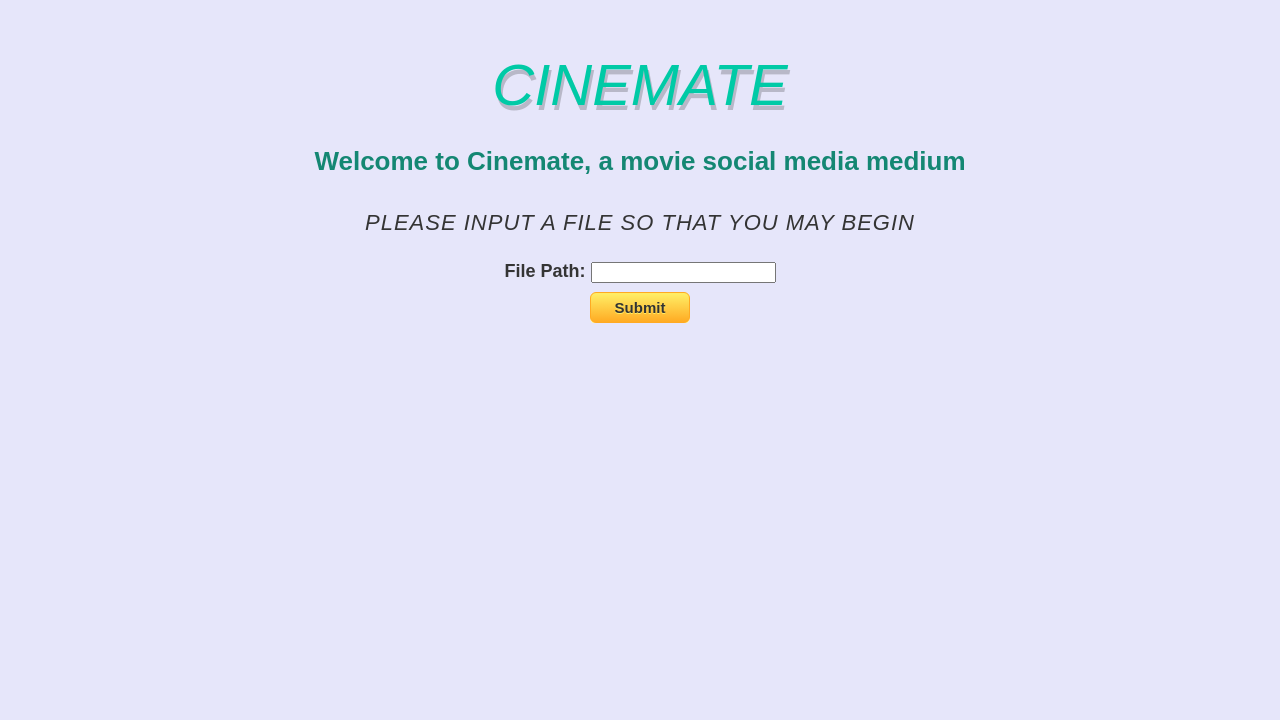
Repository: ir1998/cs201
Page: http://localhost/Assignment2/entry_kaimakis.jsp
These files come from the project's save history. The page is drawn as it stood at one moment and after the next save; the edit follows.
The browser window is 1280 px wide. The pictures show the whole page.
The page is served by Tomcat 9. Other server files are loaded and not shown.

Above is the page before, as saved 2017-02-11 04:11:18.

### Assignment2/WebContent/entry_kaimakis.jsp
<%@ page language="java" contentType="text/html; charset=UTF-8"
    pageEncoding="UTF-8"%>
<!DOCTYPE html PUBLIC "-//W3C//DTD HTML 4.01 Transitional//EN" "http://www.w3.org/TR/html4/loose.dtd">
<html>
<head>
<link rel="stylesheet" href="main.css">
</head>
<body bgcolor="#E6E6FA">
<h1 id="Title1" >Cinemate</h1>
<h2 id="Title2" >Welcome to Cinemate, a movie social media medium</h2>
<%
	if(request.getAttribute("error") == null){
%>
	<h2 id = "Title3">Please input a file so that you may begin</h2>
	<form id="form1" method="GET" action="FirstServlet">
		<h2 id="Title4">File Path: <input type="text" name="file"></h2>
		<div id="ButtonHolder">
			<input id="MyButton" type="submit" value="Submit" name="Submit">
		</div>
	</form>
<%} else{%>
	<h2 id="Title3">Error: <%out.print(request.getAttribute("error")); %></h2>
	<h2 id="Title4" >Please confirm and retry</h2>
	<% request.setAttribute("error", null); %>
	<form id="form" method="GET" action="GetFile.jsp">
		<div id="ButtonHolder">
			<input id="MyButton" type="submit" value="Confirm" name="Submit">
		</div>
	</form>

<%}%>
</body>
</html>

### Assignment2/WebContent/main.css
@CHARSET "UTF-8";
html, body {
  margin: 0;
  padding: 0;
  overflow: hidden;
  font-family: HelveticaNeue, Helvetica, Arial, sans-serif;
  font-size: 13px;
  -webkit-font-smoothing:antialiased;
  text-rendering:optimizeLegibility;
  box-sizing: border-box;
}

#Title1 {
	margin: 1em 0 0.5em 0;
	font-weight: 100;
	text-transform: uppercase;
	color: #00caa6;
	font-style: italic;
	font-family: 'Josefin Sans', sans-serif;
	font-size: 58px;
	line-height: 54px;
	text-shadow: 2px 5px 0 rgba(0,0,0,0.2);
	text-align:center;
}

#Title2 {
	margin: 1em 0 0.5em 0;
	color: #148773;
	font-size: 26px;
	line-height: 40px;
	font-weight: bold;
	font-family: 'Josefin Sans', sans-serif;
	text-align:center;
}

#Title3 {
	margin: 1em 0 0.5em 0;
	color: #343434;
	font-size: 22px;
	line-height: 40px;
	font-weight: 100;
	text-transform: uppercase;
	font-family: 'Josefin Sans', sans-serif;
	letter-spacing: 1px;
	font-style: italic;
	text-align:center;
}

#Title4 {
	margin: 1em 0 0.5em 0;
	color: #343434;
	font-size: 18px;
	line-height: 20px;
	font-weight: bold;
	font-family: 'Josefin Sans', sans-serif;
	text-align:center;
}

#InfoBox{
	border-style: outset;
}



#MyButton {
	-moz-box-shadow: 0px 1px 0px 0px #fff6af;
	-webkit-box-shadow: 0px 1px 0px 0px #fff6af;
	box-shadow: 0px 1px 0px 0px #fff6af;
	background:-webkit-gradient(linear, left top, left bottom, color-stop(0.05, #ffec64), color-stop(1, #ffab23));
	background:-moz-linear-gradient(top, #ffec64 5%, #ffab23 100%);
	background:-webkit-linear-gradient(top, #ffec64 5%, #ffab23 100%);
	background:-o-linear-gradient(top, #ffec64 5%, #ffab23 100%);
	background:-ms-linear-gradient(top, #ffec64 5%, #ffab23 100%);
	background:linear-gradient(to bottom, #ffec64 5%, #ffab23 100%);
	filter:progid:DXImageTransform.Microsoft.gradient(startColorstr='#ffec64', endColorstr='#ffab23',GradientType=0);
	background-color:#ffec64;
	-moz-border-radius:6px;
	-webkit-border-radius:6px;
	border-radius:6px;
	border:1px solid #ffaa22;
	display:inline-block;
	cursor:pointer;
	color:#333333;
	font-family:Arial;
	font-size:15px;
	font-weight:bold;
	padding:6px 24px;
	text-decoration:none;
	text-shadow:0px 1px 0px #ffee66;
	text-align:center;
}
#MyButton:hover {
	background:-webkit-gradient(linear, left top, left bottom, color-stop(0.05, #ffab23), color-stop(1, #ffec64));
	background:-moz-linear-gradient(top, #ffab23 5%, #ffec64 100%);
	background:-webkit-linear-gradient(top, #ffab23 5%, #ffec64 100%);
	background:-o-linear-gradient(top, #ffab23 5%, #ffec64 100%);
	background:-ms-linear-gradient(top, #ffab23 5%, #ffec64 100%);
	background:linear-gradient(to bottom, #ffab23 5%, #ffec64 100%);
	filter:progid:DXImageTransform.Microsoft.gradient(startColorstr='#ffab23', endColorstr='#ffec64',GradientType=0);
	background-color:#ffab23;
	text-align:center;
}
#MyButton:active {
	top:1px;
	text-align:center;
}

#ButtonHolder{ text-align: center; }

#Results{
	overflow-y: scroll;
	height:400px;
}
#Results:hover {
	background:-webkit-gradient(linear, left top, left bottom, color-stop(0.05, #ffab23), color-stop(1, #ffec64));
	background:-moz-linear-gradient(top, #ffab23 5%, #ffec64 100%);
	background:-webkit-linear-gradient(top, #ffab23 5%, #ffec64 100%);
	background:-o-linear-gradient(top, #ffab23 5%, #ffec64 100%);
	background:-ms-linear-gradient(top, #ffab23 5%, #ffec64 100%);
	background:linear-gradient(to bottom, #ffab23 5%, #ffec64 100%);
	filter:progid:DXImageTransform.Microsoft.gradient(startColorstr='#ffab23', endColorstr='#ffec64',GradientType=0);
	background-color:#ffab23;
	text-align:center;
}
#Results:active {
	top:1px;
	text-align:center;
}

After the next save:
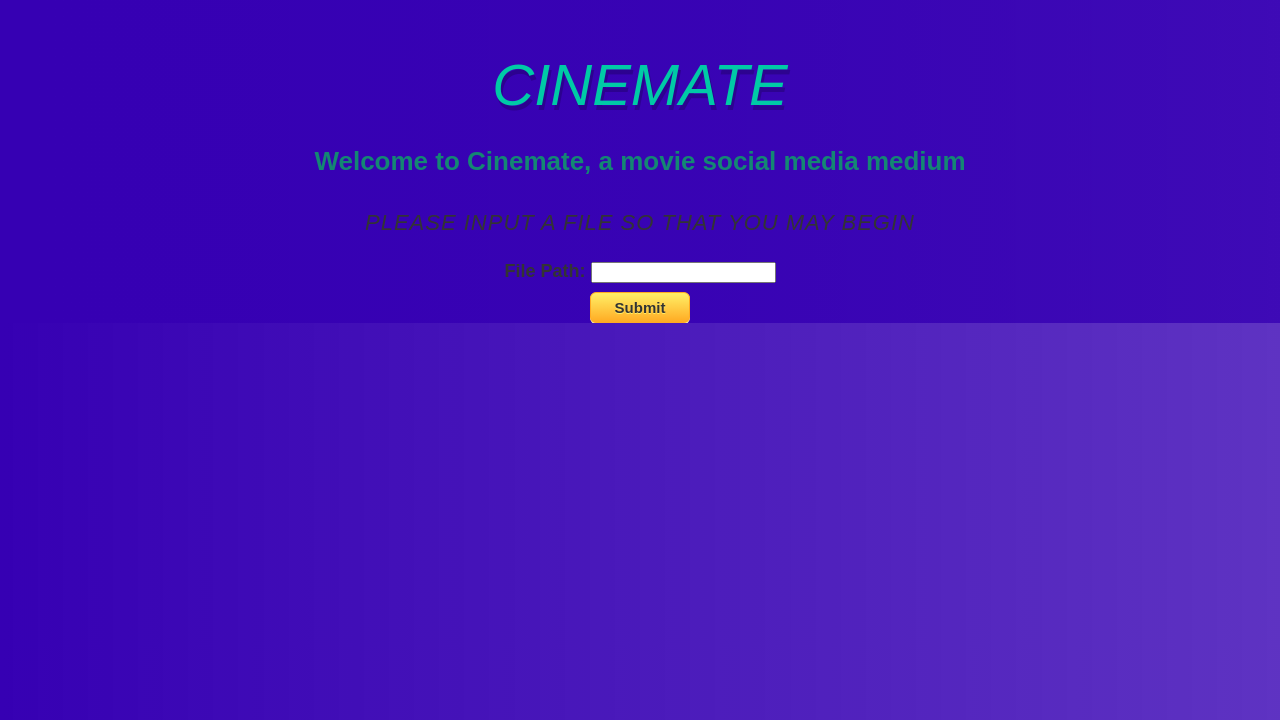
Saved 5 min 21 s later.
--- a/Assignment2/WebContent/main.css
+++ b/Assignment2/WebContent/main.css
@@ -1,13 +1,23 @@
 @CHARSET "UTF-8";
+
 html, body {
-  margin: 0;
-  padding: 0;
-  overflow: hidden;
-  font-family: HelveticaNeue, Helvetica, Arial, sans-serif;
-  font-size: 13px;
-  -webkit-font-smoothing:antialiased;
-  text-rendering:optimizeLegibility;
-  box-sizing: border-box;
+	margin: 0;
+	padding: 0;
+	overflow: hidden;
+	font-family: HelveticaNeue, Helvetica, Arial, sans-serif;
+	font-size: 13px;
+	-webkit-font-smoothing:antialiased;
+	text-rendering:optimizeLegibility;
+	box-sizing: border-box;
+
+	background: rgba(54,0,179,1);
+	background: -moz-linear-gradient(left, rgba(54,0,179,1) 0%, rgba(54,0,179,0.8) 100%);
+	background: -webkit-gradient(left top, right top, color-stop(0%, rgba(54,0,179,1)), color-stop(100%, rgba(54,0,179,0.8)));
+	background: -webkit-linear-gradient(left, rgba(54,0,179,1) 0%, rgba(54,0,179,0.8) 100%);
+	background: -o-linear-gradient(left, rgba(54,0,179,1) 0%, rgba(54,0,179,0.8) 100%);
+	background: -ms-linear-gradient(left, rgba(54,0,179,1) 0%, rgba(54,0,179,0.8) 100%);
+	background: linear-gradient(to right, rgba(54,0,179,1) 0%, rgba(54,0,179,0.8) 100%);
+	filter: progid:DXImageTransform.Microsoft.gradient( startColorstr='#3600b3', endColorstr='#3600b3', GradientType=1 );
 }
 
 #Title1 {
